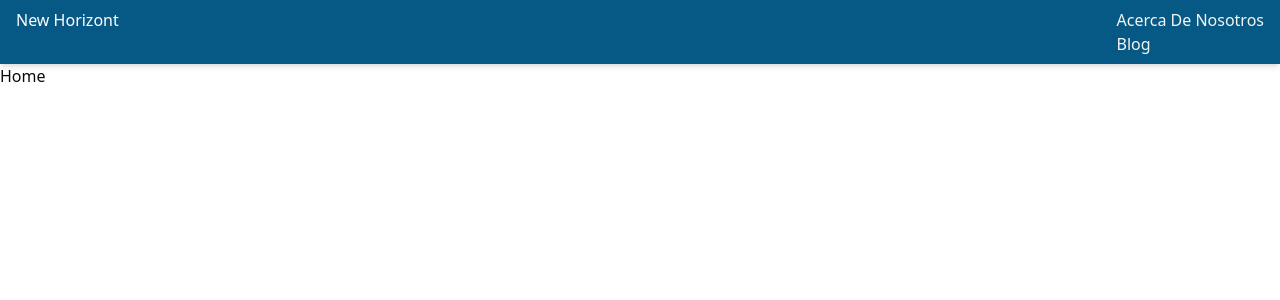
Repository: jefrydep/new-horizont-school
Page: /
An editor plug-in stored every save of this project. The page is shown before and after the next save, followed by the edit.
The browser window is 1280 px wide. The pictures show the whole page.
The project was rebuilt for these pictures with package versions that can differ from the ones it lists, and the page was loaded fresh each time. The framework's server and built-in components were replaced by stand-ins that run in the browser. Also part of the build but not shown: next.config.ts.

Above is the page before, as saved 2024-11-07 19:51:56.

### src/app/layout.tsx
import type { Metadata } from "next";
import localFont from "next/font/local";
import "./globals.css";
import Navbar from "@/components/Navbar";
import { Button } from "@/components/ui/button";

const geistSans = localFont({
  src: "./fonts/GeistVF.woff",
  variable: "--font-geist-sans",
  weight: "100 900",
});
const geistMono = localFont({
  src: "./fonts/GeistMonoVF.woff",
  variable: "--font-geist-mono",
  weight: "100 900",
});

export const metadata: Metadata = {
  title: "Create Next App",
  description: "Generated by create next app",
};

export default function RootLayout({
  children,
}: Readonly<{
  children: React.ReactNode;
}>) {
  return (
    <html lang="en">
      <body
        className={`   ${geistSans.variable} ${geistMono.variable} antialiased`}
      >
        <Navbar />
        {children}
        <div className=" sm:hidden bg-white border flex justify-center py-3  absolute bottom-0 right-0 left-0">
          <Button className="bg-green-500">
            <span>w</span> Contacto
          </Button>
        </div>
        {/* <div className="absolute bg-red-400 bottom-0 left-1/2 transform -translate-x-1/2 mb-4">
          <Button>Contacto</Button>
        </div> */}
      </body>
    </html>
  );
}

### src/app/(new-horizont-school)/layout.tsx
// import type { Metadata } from "next";
// import localFont from "next/font/local";

import Navbar from "@/components/Navbar";

// const geistSans = localFont({
//   src: "./fonts/GeistVF.woff",
//   variable: "--font-geist-sans",
//   weight: "100 900",
// });
// const geistMono = localFont({
//   src: "./fonts/GeistMonoVF.woff",
//   variable: "--font-geist-mono",
//   weight: "100 900",
// });

// export const metadata: Metadata = {
//   title: "Create Next App",
//   description: "Generated by create next app",
// };

export default function SchoolLayout({
  children,
}: Readonly<{
  children: React.ReactNode;
}>) {
  return (
    <html lang="en">
      <body
      // className={`${geistSans.variable} ${geistMono.variable} antialiased`}
      >
        {children}
      </body>
    </html>
  );
}

### src/app/globals.css
@tailwind base;
@tailwind components;
@tailwind utilities;

/* :root {
  --background: #ffffff;
  --foreground: #171717;
}

@media (prefers-color-scheme: dark) {
  :root {
    --background: #0a0a0a;
    --foreground: #ededed;
  }
}

body {
  color: var(--foreground);
  background: var(--background);
  font-family: Arial, Helvetica, sans-serif;
} */
@layer base {
  :root {
    --background: 0 0% 100%;
    --foreground: 20 14.3% 4.1%;
    --card: 0 0% 100%;
    --card-foreground: 20 14.3% 4.1%;
    --popover: 0 0% 100%;
    --popover-foreground: 20 14.3% 4.1%;
    --primary: 24 9.8% 10%;
    --primary-foreground: 60 9.1% 97.8%;
    --secondary: 60 4.8% 95.9%;
    --secondary-foreground: 24 9.8% 10%;
    --muted: 60 4.8% 95.9%;
    --muted-foreground: 25 5.3% 44.7%;
    --accent: 60 4.8% 95.9%;
    --accent-foreground: 24 9.8% 10%;
    --destructive: 0 84.2% 60.2%;
    --destructive-foreground: 60 9.1% 97.8%;
    --border: 20 5.9% 90%;
    --input: 20 5.9% 90%;
    --ring: 20 14.3% 4.1%;
    --chart-1: 12 76% 61%;
    --chart-2: 173 58% 39%;
    --chart-3: 197 37% 24%;
    --chart-4: 43 74% 66%;
    --chart-5: 27 87% 67%;
    --radius: 0.5rem
  }
  .dark {
    --background: 20 14.3% 4.1%;
    --foreground: 60 9.1% 97.8%;
    --card: 20 14.3% 4.1%;
    --card-foreground: 60 9.1% 97.8%;
    --popover: 20 14.3% 4.1%;
    --popover-foreground: 60 9.1% 97.8%;
    --primary: 60 9.1% 97.8%;
    --primary-foreground: 24 9.8% 10%;
    --secondary: 12 6.5% 15.1%;
    --secondary-foreground: 60 9.1% 97.8%;
    --muted: 12 6.5% 15.1%;
    --muted-foreground: 24 5.4% 63.9%;
    --accent: 12 6.5% 15.1%;
    --accent-foreground: 60 9.1% 97.8%;
    --destructive: 0 62.8% 30.6%;
    --destructive-foreground: 60 9.1% 97.8%;
    --border: 12 6.5% 15.1%;
    --input: 12 6.5% 15.1%;
    --ring: 24 5.7% 82.9%;
    --chart-1: 220 70% 50%;
    --chart-2: 160 60% 45%;
    --chart-3: 30 80% 55%;
    --chart-4: 280 65% 60%;
    --chart-5: 340 75% 55%
  }
}
@layer base {
  * {
    @apply border-border;
  }
  body {
    @apply bg-background text-foreground;
  }
}

### src/components/Navbar.tsx
"use client";
import { Menu, X } from "lucide-react";
import Link from "next/link";
import { useState } from "react";

export default function Navbar() {
  const [isOpen, setIsOpen] = useState<boolean>(false);

  return (
    <header className="bg-sky-800 shadow-md h-16">
      <div className="flex justify-between  m-auto container px-4 py-2">
        <div className="text-white">New Horizont</div>
        <nav className="outline-none hidden sm:block list-none">
          <li className="text-secondary">
            <Link href={"/about"}>Acerca De Nosotros</Link>
          </li>
          <li className="text-secondary">
            <Link href={"/blog"}>Blog</Link>
          </li>
        </nav>

        {/* Icono de Menú para abrir el menú en móvil */}
        {!isOpen && (
          <div className="sm:hidden">
            <Menu onClick={() => setIsOpen(!isOpen)} color="white" size={45} />
          </div>
        )}

        {/* Menú desplegable con animación */}
        <div
          className={`${
            isOpen ? "opacity-100 visible" : "opacity-0 invisible"
          } absolute top-0 bottom-0 right-0 left-0 bg-black opacity-95 z-30 list-none transition-all ease-in-out `}
        >
          {isOpen && (
            <>
              <li className="text-white p-4">
                <Link href={"/about"}>Acerca De Nosotros</Link>
              </li>
              <li className="text-white p-4">
                <Link href={"/blog"}>Blog</Link>
              </li>
            </>
          )}
        </div>

        {/* Botón para cerrar el menú */}
        {isOpen && (
          <div className="z-40 absolute right-4 sm:hidden">
            <X onClick={() => setIsOpen(!isOpen)} color="white" size={45} />
          </div>
        )}
      </div>
    </header>
  );
}

### src/components/ui/button.tsx
import * as React from "react"
import { Slot } from "@radix-ui/react-slot"
import { cva, type VariantProps } from "class-variance-authority"

import { cn } from "@/lib/utils"

const buttonVariants = cva(
  "inline-flex items-center justify-center gap-2 whitespace-nowrap rounded-md text-sm font-medium transition-colors focus-visible:outline-none focus-visible:ring-1 focus-visible:ring-ring disabled:pointer-events-none disabled:opacity-50 [&_svg]:pointer-events-none [&_svg]:size-4 [&_svg]:shrink-0",
  {
    variants: {
      variant: {
        default:
          "bg-primary text-primary-foreground shadow hover:bg-primary/90",
        destructive:
          "bg-destructive text-destructive-foreground shadow-sm hover:bg-destructive/90",
        outline:
          "border border-input bg-background shadow-sm hover:bg-accent hover:text-accent-foreground",
        secondary:
          "bg-secondary text-secondary-foreground shadow-sm hover:bg-secondary/80",
        ghost: "hover:bg-accent hover:text-accent-foreground",
        link: "text-primary underline-offset-4 hover:underline",
      },
      size: {
        default: "h-9 px-4 py-2",
        sm: "h-8 rounded-md px-3 text-xs",
        lg: "h-10 rounded-md px-8",
        icon: "h-9 w-9",
      },
    },
    defaultVariants: {
      variant: "default",
      size: "default",
    },
  }
)

export interface ButtonProps
  extends React.ButtonHTMLAttributes<HTMLButtonElement>,
    VariantProps<typeof buttonVariants> {
  asChild?: boolean
}

const Button = React.forwardRef<HTMLButtonElement, ButtonProps>(
  ({ className, variant, size, asChild = false, ...props }, ref) => {
    const Comp = asChild ? Slot : "button"
    return (
      <Comp
        className={cn(buttonVariants({ variant, size, className }))}
        ref={ref}
        {...props}
      />
    )
  }
)
Button.displayName = "Button"

export { Button, buttonVariants }

### src/components/Footer.tsx
export default function Footer() {
  return (
    <div className="bg-amber-700">
      <footer className="container">
        <div>faceboook</div>
      </footer>
    </div>
  );
}

Loaded but not shown: src/app/(new-horizont-school)/page.tsx (common file); src/lib/utils.ts (common file); tailwind.config.ts (common file)

After the next save:
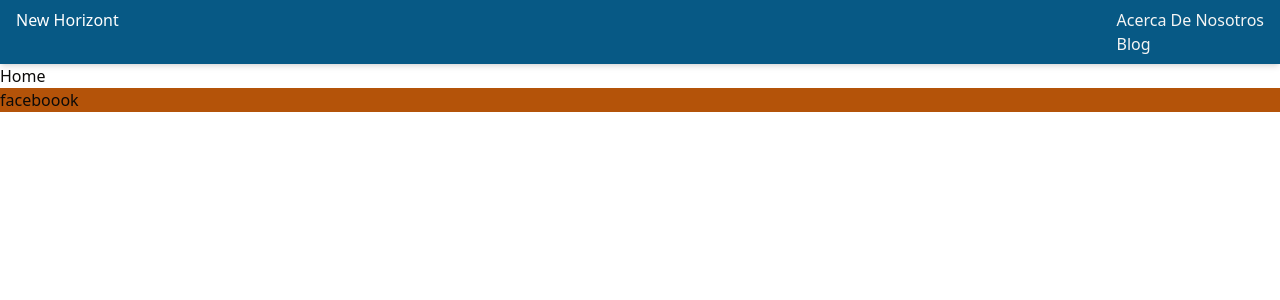
Saved 12 s later.
--- a/src/app/layout.tsx
+++ b/src/app/layout.tsx
@@ -3,6 +3,7 @@ import localFont from "next/font/local";
 import "./globals.css";
 import Navbar from "@/components/Navbar";
 import { Button } from "@/components/ui/button";
+import Footer from "@/components/Footer";
 
 const geistSans = localFont({
   src: "./fonts/GeistVF.woff",
@@ -40,6 +41,7 @@ export default function RootLayout({
         {/* <div className="absolute bg-red-400 bottom-0 left-1/2 transform -translate-x-1/2 mb-4">
           <Button>Contacto</Button>
         </div> */}
+        <Footer/>
       </body>
     </html>
   );
